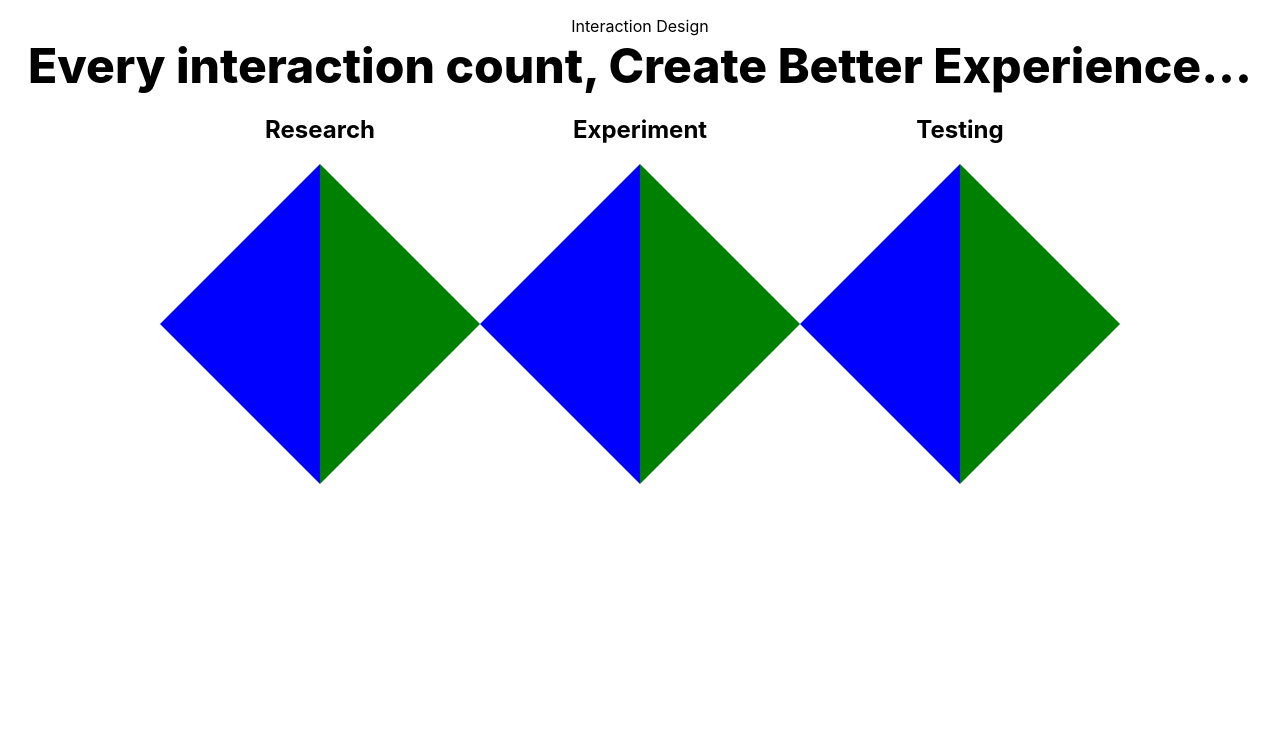
Repository: YingCG/interaction-design
Page: /
The author's editor kept a copy of each file at every save. The page is drawn from the files as they stood at one save, then again after the next save.
The browser window is 1280 px wide. The pictures show the whole page.
The project was rebuilt for these pictures with package versions that can differ from the ones it lists, and the page was loaded fresh each time. Also part of the build but not shown: src/ProjectOverview.js, src/About.jsx, src/Nav.jsx.

Above is the page before, as saved 2023-09-08 17:14:20.

### src/App.js
import "./App.css";
import TripleDiamond from "./TripleDiamond";
import { HashRouter, Router, Routes, Route, Link } from "react-router-dom";
import About from "./About";
import Nav from "./Nav";

function App() {
  return (
    <div className="App">
      Interaction Design
      <HashRouter>
        <Routes>
          {/* <Nav /> */}
          {/* <Route exact path="/nav" element={<Nav />}></Route> */}
          <Route exact path="/" element={<TripleDiamond />}></Route>
          <Route exact path="/about" element={<About />}></Route>
        </Routes>
      </HashRouter>
    </div>
  );
}

export default App;

### src/App.css
.App {
  text-align: center;
  padding: 1em;
  height: 100vh;
}

.arrow-right {
  width: 0;
  height: 0;
  border-top: 10rem solid transparent;
  border-bottom: 10rem solid transparent;
  border-left: 10rem solid green;
}
.arrow-right:hover {
  border-left: 10rem solid #ffa1f5;
}

.arrow-left {
  width: 0;
  height: 0;
  border-top: 10rem solid transparent;
  border-bottom: 10rem solid transparent;
  border-right: 10rem solid blue;
}
.arrow-left:hover {
  border-right: 10rem solid #ffa1f5;
}

.container {
  display: flex;
  justify-content: center;
  align-items: center;
  width: 100%;
}

.text-content {
  /* padding: 3em; */
  font-size: 3em;
  font-weight: 800;
  flex-direction: column;
}

.triple-diamond {
  display: flex;
  width: 50%;
}

.container-triple {
  display: flex;
  flex-direction: column;
}

.text-above {
  flex-direction: column;
}

### src/TripleDiamond.jsx
import React, { useState } from "react";
import contents from "./data";
import ProjectOverview from "./ProjectOverview";
// import Research from "./Research";

function TripleDiamond() {
  const [info, setInfo] = useState([]);

  function showInfo(contents) {
    console.log(contents);
    setInfo(contents);
  }

  return (
    <>
      <div className="text-content">
        Every interaction count, Create Better Experience...
      </div>
      <div className="container">
        <div className="container-triple">
          <h2 className="text-above">Research</h2>
          <div
            className="triple-diamond"
            onClick={() =>
              showInfo(contents[1].Title + <p>{contents[1].Description}</p>)
            }
          >
            <div className="arrow-left"></div>
            <div className="arrow-right"></div>
          </div>
        </div>

        <div className="container-triple">
          <h2 className="text-above">Experiment</h2>
          <div
            className="triple-diamond"
            onClick={() => showInfo(contents[2].Title)}
          >
            <div className="arrow-left"></div>
            <div className="arrow-right"></div>
          </div>
        </div>

        <div className="container-triple">
          <h2 className="text-above">Testing</h2>
          <div
            className="triple-diamond"
            onClick={() => showInfo(contents[3].Title)}
          >
            <div className="arrow-left"></div>
            <div className="arrow-right"></div>
          </div>
        </div>
      </div>
      <div className="information">{info}</div>
    </>
  );
}

export default TripleDiamond;

### src/data.js
const contents = [
  {
    Title: "Project Overview",
    Description:
      "Memento Media is a creative industry startup that empowers people to save life's stories. When a loved one dies, we also sadly loose their stories. Memento Media uses storytelling and oral history practices to redefine the way families discover, capture and celebrate family history withoutmulti-generational living family archives.",
  },
  {
    Title: "Research",
    Description: "Assessment 1",
  },
  {
    Title: "Experiment",
    Description: "Assessment 2",
  },
  {
    Title: "Prototype",
    Description: "Assessment 3.",
  },
];

export default contents;

Loaded but not shown: public/index.html (common file); src/index.js (common file); src/index.css (common file); src/reportWebVitals.js (common file)

After the next save:
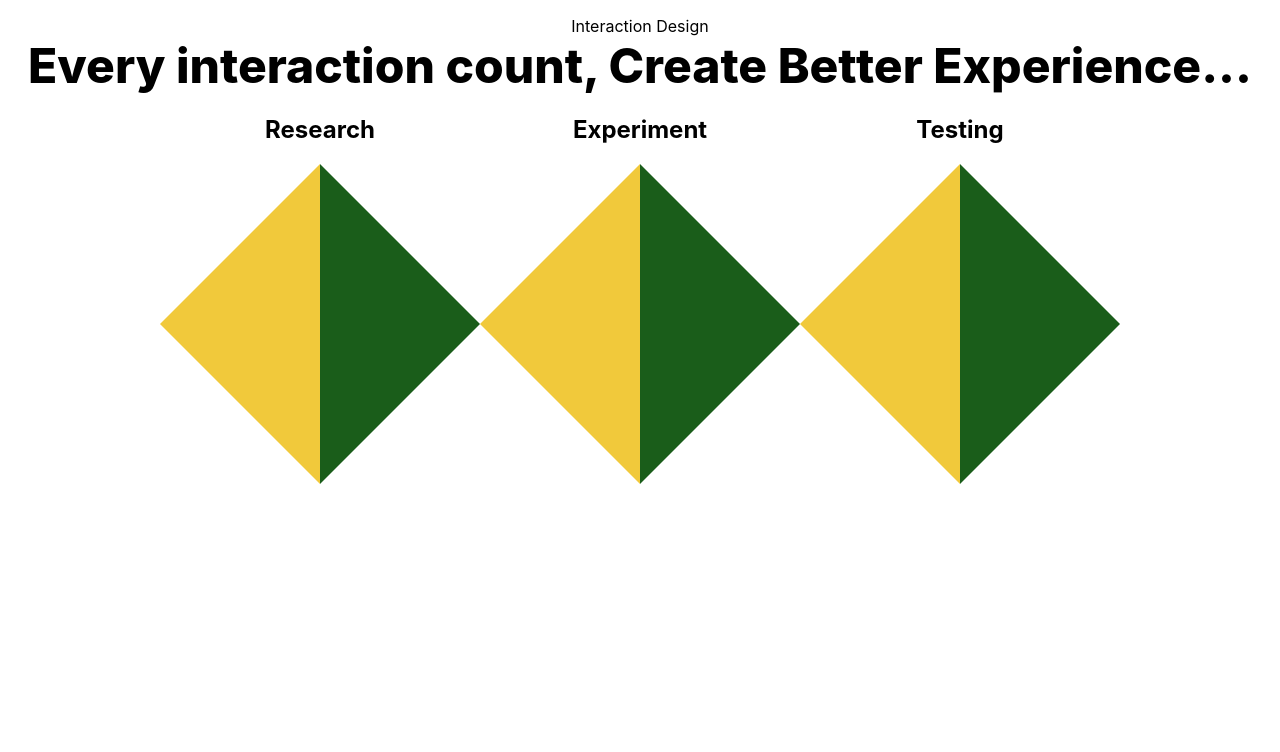
Saved 2 min 2 s later.
--- a/src/App.css
+++ b/src/App.css
@@ -9,7 +9,7 @@
   height: 0;
   border-top: 10rem solid transparent;
   border-bottom: 10rem solid transparent;
-  border-left: 10rem solid green;
+  border-left: 10rem solid #1a5d1a;
 }
 .arrow-right:hover {
   border-left: 10rem solid #ffa1f5;
@@ -20,7 +20,7 @@
   height: 0;
   border-top: 10rem solid transparent;
   border-bottom: 10rem solid transparent;
-  border-right: 10rem solid blue;
+  border-right: 10rem solid #f1c93b;
 }
 .arrow-left:hover {
   border-right: 10rem solid #ffa1f5;
